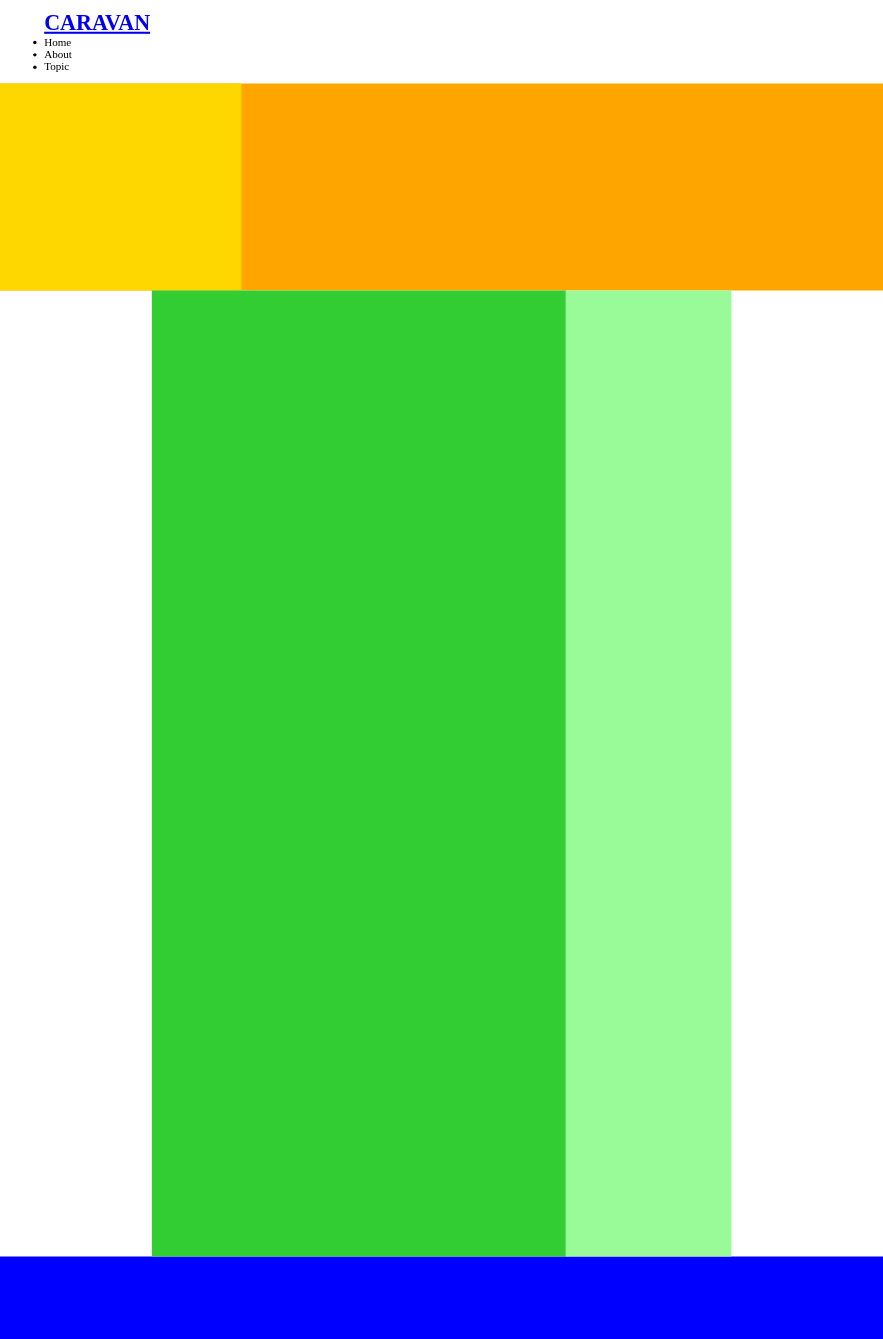
Repository: sutanuki/webcamp
Page: html,css/caravan/index.html
The author's editor kept a record of every edit. The page is drawn from the files as they stood at one moment, then again after the next edit.
The browser window is 1280 px wide. The pictures show the whole page, at 69% of full size.

Above is the page before.

### html,css/caravan/index.html
<!DOCTYPE html>
<html lang="ja">
  <head>
    <meta charset="UTF-8" />
    <link rel="stylesheet" href="style.css" />
    <title>CARAVAN</title>
  </head>
  <body>
    <header>
      <h1>
        <a href="index.html">CARAVAN</a>
      </h1>
      <nav>
        <ul>
          <li>Home</li>
          <li>About</li>
          <li>Topic</li>
        </ul>
      </nav>
    </header>
    <div class="main-visual">
      <div class="main-visual-content"></div>
    </div>
    <div class="main">
      <div class="blog"></div>
      <div class="sidebar"></div>
    </div>
    <footer></footer>
  </body>
</html>

### html,css/caravan/style.css
* {
  margin: 0;
  padding: 0;
  box-sizing: border-box;
}
header {
  width: 90%;
  margin: 0 auto;
  padding: 15px 0;
}
.main-visual {
  width: 100%;
  height: 300px;
  background-color: orange;
}
.main-visual-content {
  width: 350px;
  height: 300px;
  background-color: gold;
}
.main {
  width: 840px;
  display: flex;
  justify-content: center;
  margin: 0 auto;
}
.blog {
  width: 600px;
  height: 1400px;
  background-color: limegreen;
}
.sidebar {
  width: 240px;
  height: 1400px;
  background-color: palegreen;
}
footer {
  width: 100%;
  height: 120px;
  background-color: blue;
}

After the next edit:
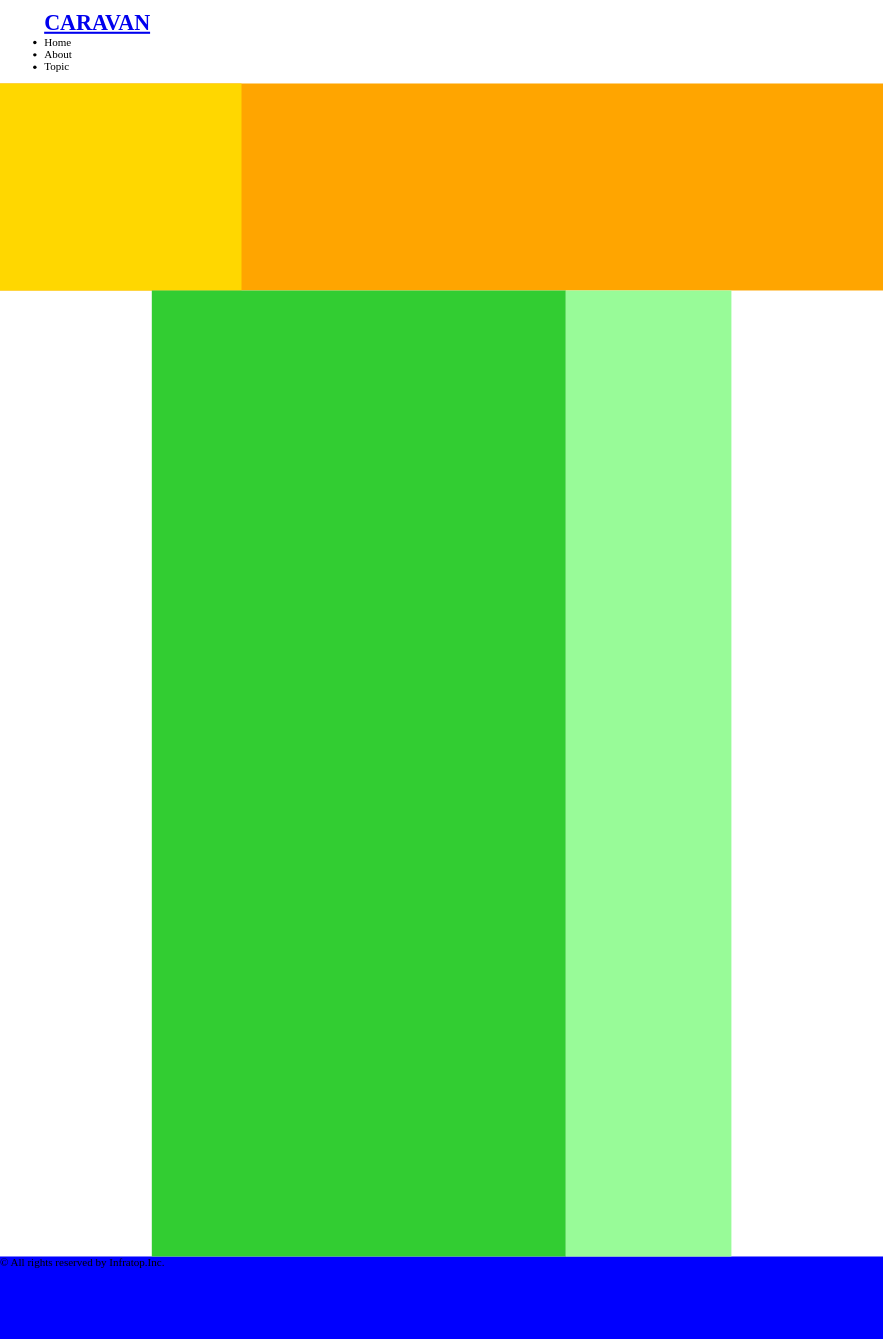
The edit:
--- a/html,css/caravan/index.html
+++ b/html,css/caravan/index.html
@@ -25,6 +25,6 @@
       <div class="blog"></div>
       <div class="sidebar"></div>
     </div>
-    <footer></footer>
+    <footer><p>&copy All rights reserved by Infratop.Inc.</p></footer>
   </body>
 </html>
